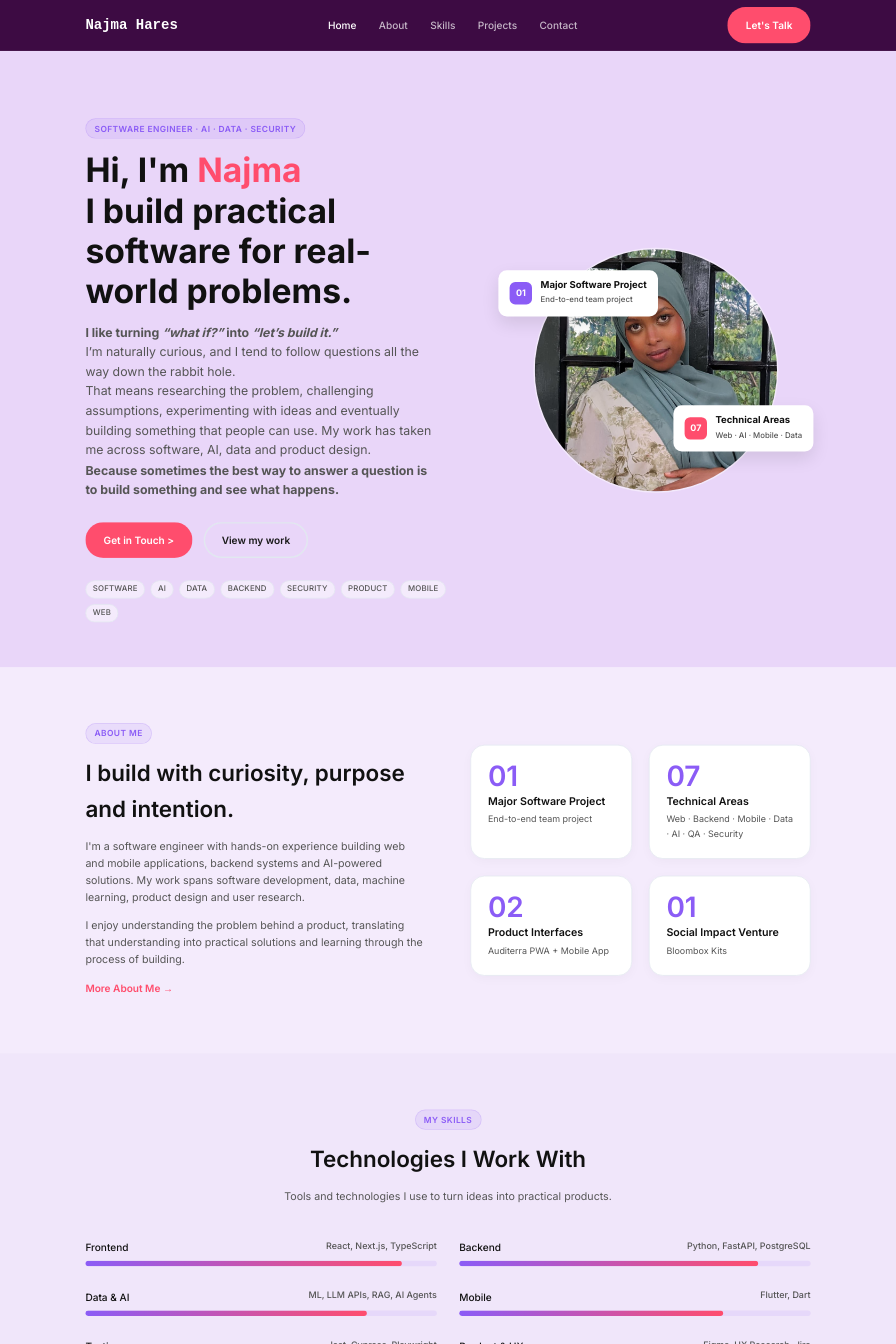
Repository: najmahares/portfolio
Page: index.html
These files come from the project's save history. The page is drawn as it stood at one moment and after the next save; the edit follows.
The browser window is 1280 px wide. The pictures show the part of the page from y = 0 to 1920 px (the page is 3441 px tall), at 70% of full size.

Above is the page before, as saved 2026-09-19 06:28:17.

After the next save:
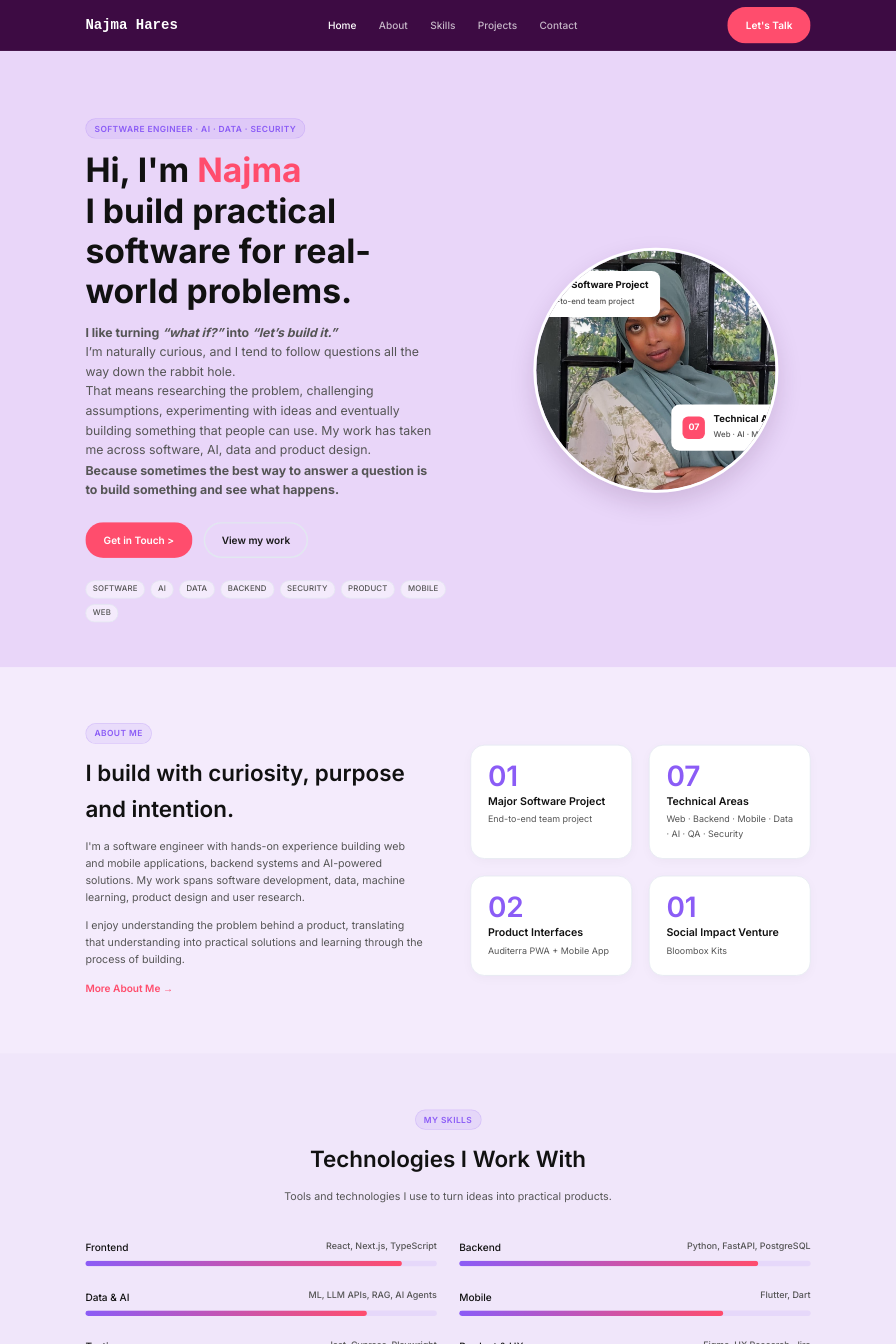
Saved 2 min 35 s later.
--- a/css/style.css
+++ b/css/style.css
@@ -677,3 +677,115 @@ p {
   z-index: 2; /* Keeps it behind the floating stat cards */
   display: block;
 }
+/* --- Hero Image Wrapper & Decorations --- */
+.hero-image-wrapper {
+  display: flex;
+  justify-content: center;
+  align-items: center;
+  position: relative;
+  height: 100%;
+  min-height: 400px; /* Ensures enough space for the design */
+}
+
+/* The circular image itself */
+.avatar-graphic {
+  width: 100%;
+  max-width: 350px;
+  aspect-ratio: 1;
+  border-radius: 50%;
+  border: 4px solid #ffffff;
+  box-shadow: 0 15px 35px rgba(61, 11, 67, 0.15);
+  display: flex;
+  align-items: center;
+  justify-content: center;
+  position: relative;
+  z-index: 10; /* Keeps image on top */
+  overflow: hidden;
+}
+
+.hero-img {
+  width: 100%;
+  height: 100%;
+  object-fit: cover;
+  display: block;
+}
+
+/* 1. Soft Gradient Blob Behind Image */
+.image-glow-blob {
+  position: absolute;
+  width: 110%;
+  height: 110%;
+  max-width: 450px;
+  max-height: 450px;
+  background: linear-gradient(135deg, var(--accent-purple), var(--accent));
+  border-radius: 40% 60% 70% 30% / 40% 50% 60% 50%;
+  filter: blur(40px);
+  opacity: 0.25;
+  z-index: 1;
+  animation: blobMorph 8s ease-in-out infinite alternate;
+}
+
+@keyframes blobMorph {
+  0% {
+    border-radius: 40% 60% 70% 30% / 40% 50% 60% 50%;
+    transform: scale(1);
+  }
+  100% {
+    border-radius: 60% 40% 30% 70% / 60% 30% 70% 40%;
+    transform: scale(1.05);
+  }
+}
+
+/* 2. Decorative Rings */
+.decor-ring {
+  position: absolute;
+  border-radius: 50%;
+  border: 2px dashed rgba(139, 92, 246, 0.3);
+  z-index: 2;
+}
+
+.ring-1 {
+  width: 120%;
+  height: 120%;
+  max-width: 480px;
+  max-height: 480px;
+  animation: spinSlow 30s linear infinite;
+}
+
+.ring-2 {
+  width: 140%;
+  height: 140%;
+  max-width: 560px;
+  max-height: 560px;
+  border: 1px solid rgba(255, 77, 109, 0.2);
+  border-style: dotted;
+  animation: spinSlow 45s linear infinite reverse;
+}
+
+@keyframes spinSlow {
+  from {
+    transform: rotate(0deg);
+  }
+  to {
+    transform: rotate(360deg);
+  }
+}
+
+/* 3. Dot Pattern Decoration */
+.decor-dot-pattern {
+  position: absolute;
+  top: -10%;
+  left: -10%;
+  width: 120%;
+  height: 120%;
+  background-image: radial-gradient(
+    rgba(139, 92, 246, 0.15) 2px,
+    transparent 2px
+  );
+  background-size: 24px 24px;
+  z-index: 0;
+  pointer-events: none;
+  border-radius: 50%;
+  mask-image: radial-gradient(circle, black 30%, transparent 70%);
+  -webkit-mask-image: radial-gradient(circle, black 30%, transparent 70%);
+}
